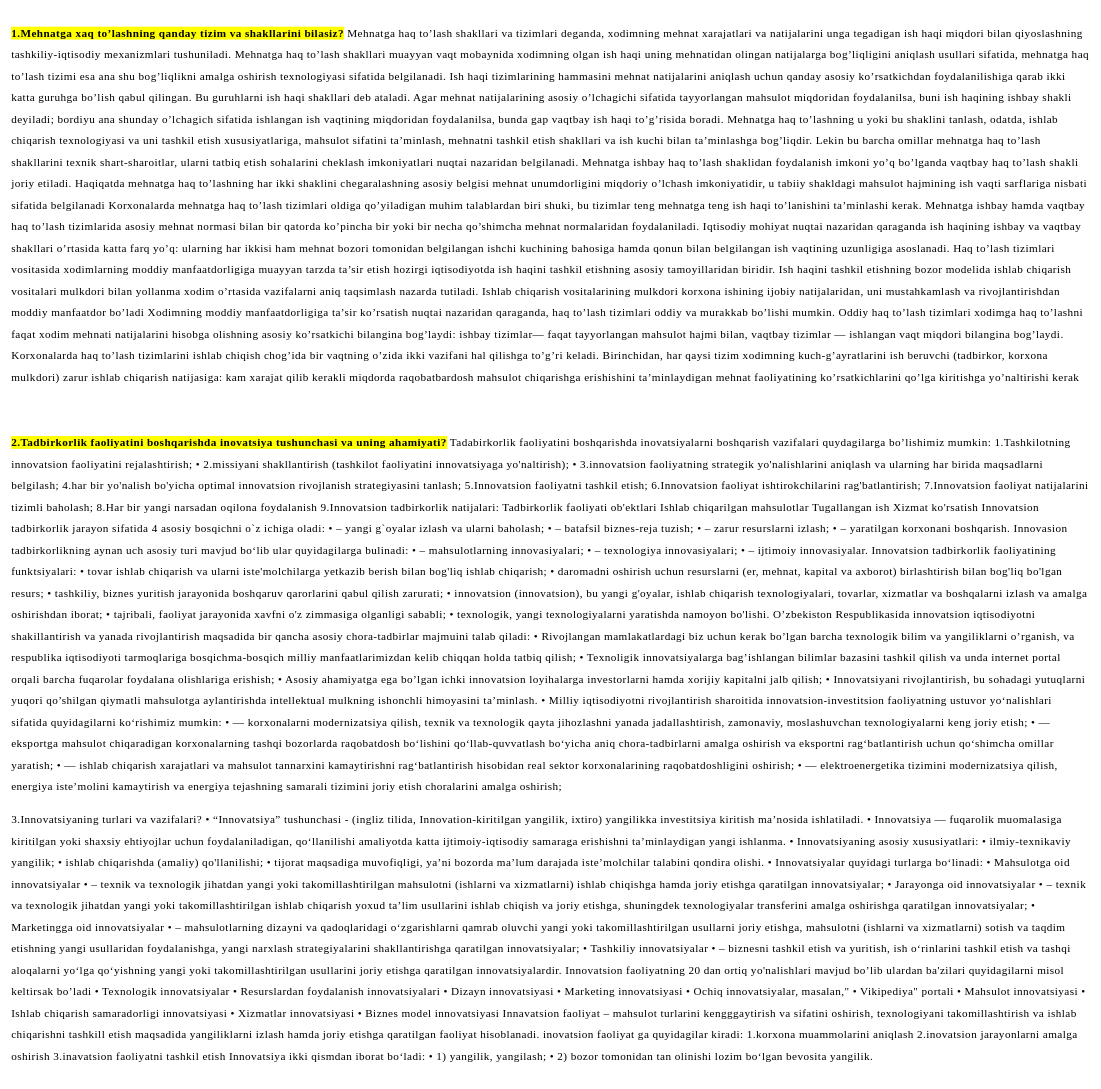
Repository: Ikromkhurozov/tsue-exam-answers
Page: index.html
These files come from the project's save history. The page is drawn as it stood at one moment and after the next save; the edit follows.
The browser window is 1280 px wide. The pictures show the whole page, at 86% of full size.

Above is the page before, as saved 2024-01-15 00:57:52.

After the next save:
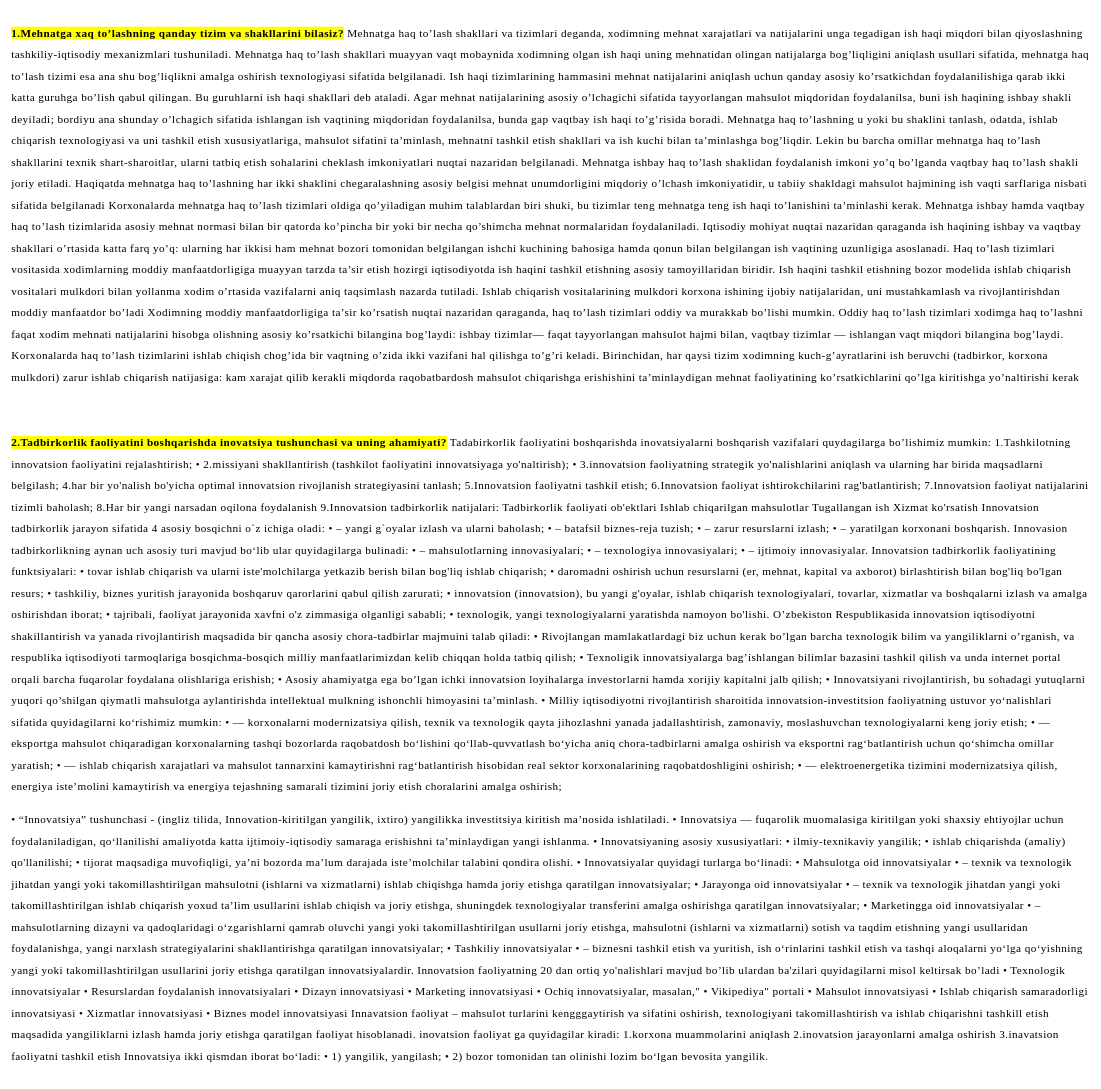
Saved 5 s later.
--- a/index.html
+++ b/index.html
@@ -74,7 +74,7 @@ Innovatsion tadbirkorlik faoliyatining funktsiyalari:
 
 
          <p>
-            3.Innovatsiyaning turlari va vazifalari?
+
 •	“Innovatsiya”  tushunchasi - (ingliz tilida, Innovation-kiritilgan yangilik, ixtiro) yangilikka  investitsiya    kiritish     ma’nosida ishlatiladi.
 •	Innovatsiya — fuqarolik muomalasiga kiritilgan yoki shaxsiy ehtiyojlar uchun foydalaniladigan, qo‘llanilishi amaliyotda katta ijtimoiy-iqtisodiy samaraga erishishni ta’minlaydigan yangi ishlanma.
 •	Innovatsiyaning asosiy xususiyatlari:
